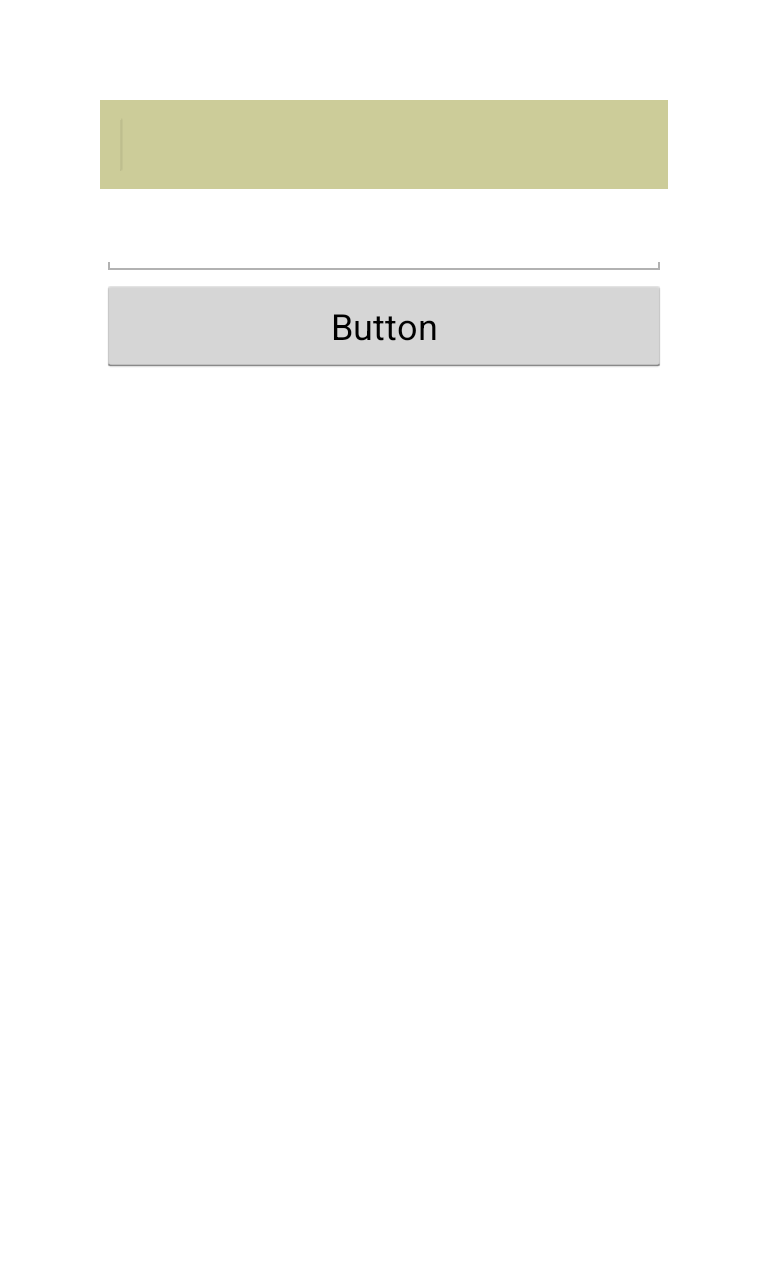
Repository: christianchi/di
Layout: 09 Drawable/UsoDrawNinePatch/res/layout/activity_main.xml
These files come from the project's save history. The layout is drawn as it stood at one moment and after the next save; the edit follows.
It is drawn on a 768 x 1280 px phone screen (xhdpi) without system bars, with theme AppTheme; the app's code is not run.

Above is the layout before, as saved 2014-01-16 08:44:29.

After the next save:
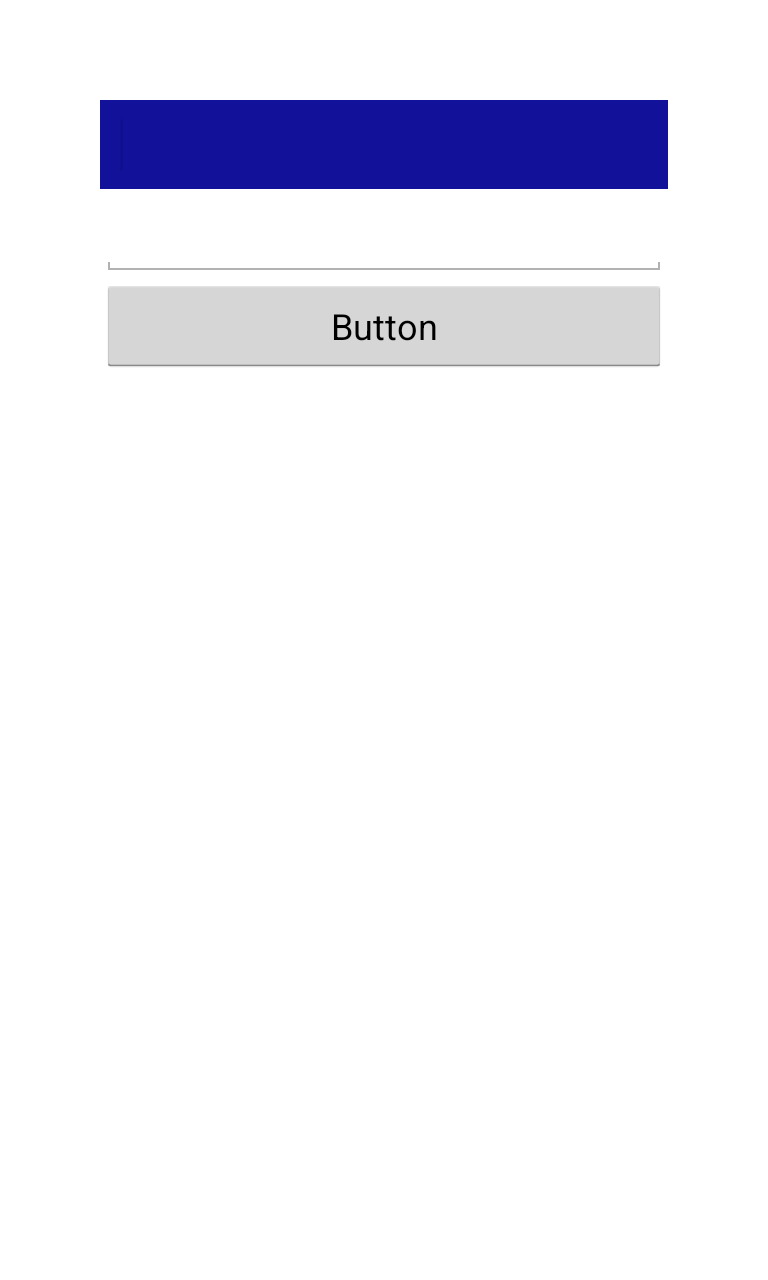
Saved 7 s later.
--- a/09 Drawable/UsoDrawNinePatch/res/layout/activity_main.xml
+++ b/09 Drawable/UsoDrawNinePatch/res/layout/activity_main.xml
@@ -9,7 +9,7 @@
         android:id="@+id/editText1"
         android:layout_width="match_parent"
         android:layout_height="wrap_content"
-        android:background="#cc9"
+        android:background="#119"
         android:ems="10"
         android:padding="10dp" >
 
